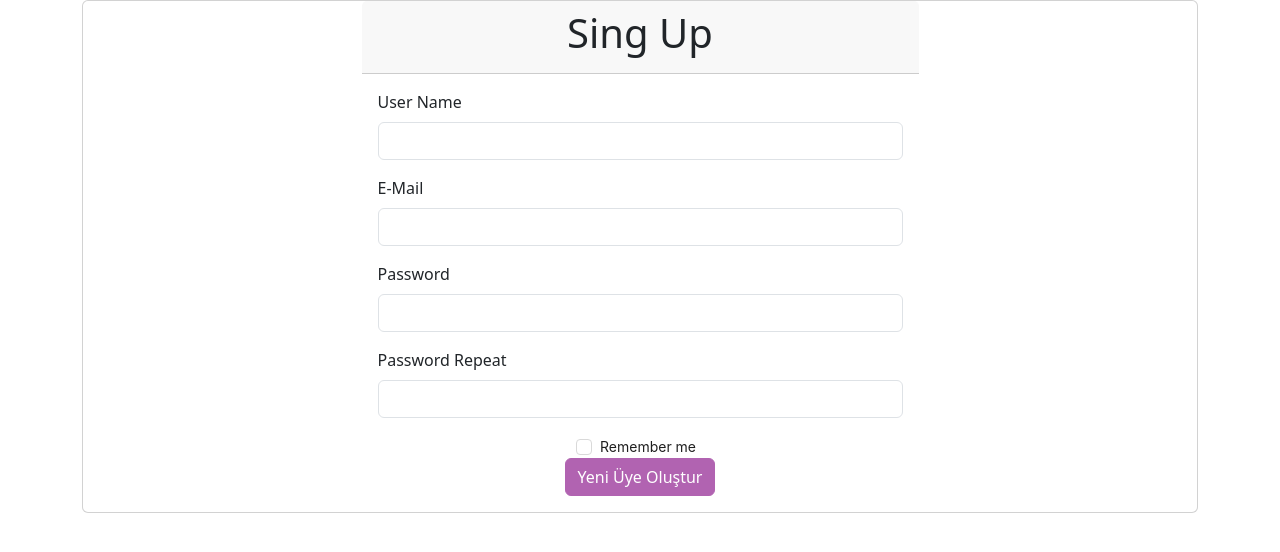
Repository: gursoyfahrettin20/startupProjectWeb
Page: /signup
These files come from the project's save history. The page is drawn as it stood at one moment and after the next save; the edit follows.
The browser window is 1280 px wide. The pictures show the whole page.
The project was rebuilt for these pictures with package versions that can differ from the ones it lists, and the page was loaded fresh each time. Also part of the build but not shown: vite.config.js.

Above is the page before, as saved 2024-01-17 01:07:12.

### index.html
<!doctype html>
<html lang="en">
  <head>
    <meta charset="UTF-8" />
    <link rel="icon" type="image/svg+xml" href="/vite.svg" />
    <meta name="viewport" content="width=device-width, initial-scale=1.0" />
    <title>Başlangıç Projesi</title>
  </head>
  <body>
    <div id="root"></div>
    <script type="module" src="/src/index.jsx"></script>
  </body>
</html>

### src/index.jsx
import * as React from 'react';
import { StrictMode } from 'react';
import { createRoot } from 'react-dom/client';
import SignUp from "./pages/SignUp"
import './index.scss'

const rootElement = document.getElementById('root');
const root = createRoot(rootElement);

root.render(
  <StrictMode>
    <SignUp/>
  </StrictMode>,
)

### src/pages/SignUp/index.jsx
import React, { useState, useEffect } from 'react';
import _ from 'lodash';
import { Checkbox, Spin, notification } from 'antd';
import { LoadingOutlined } from '@ant-design/icons';
import { singUp } from "../../api/apiCalls.js";
import { FormItem } from "../../components/formItem/formItem.jsx";

function index() {
    const [username, setUsername] = useState();
    const [email, setEmail] = useState();
    const [password, setPassword] = useState();
    const [passwordRepeat, setPasswordRepeat] = useState();
    const [succesMessage, setSuccesMessage] = useState();
    const [submittable, setSubmittable] = useState(false);
    const [apiProgress, setApiProgress] = useState(false);
    const [errors, setErrors] = useState({});
    const [generalErrors, setGeneralErrors] = useState({});
    const [api, contextHolder] = notification.useNotification();

    useEffect(() => {
        setErrors({})
    }, [username])

    const onSubmit = async (event) => {
        setSuccesMessage();
        setGeneralErrors();
        setApiProgress(true);
        const data = {
            username: username,
            email: email,
            password: password
        };
        try {
            const response = await singUp(data);
            setSuccesMessage(response.data?.message)
            setUsername();
            setPassword();
            setPasswordRepeat();
            setEmail();
        } catch (responseError) {
            if (responseError.response?.data && responseError.response?.data.status === 400) {
                setErrors(responseError.response?.data.validationErrors)
            }
            else {
                setGeneralErrors("Tahmin Edilemeyen Hatalarda gösterilecektir. / Unexpected error occured. Pleace try again.");
            }
        } finally {
            setApiProgress(false);
        }
    }

    // TODO: Sign Up butonu disabled durumlarına bakıyor.
    useEffect(() => {
        let _submittable = false;
        if (_.isUndefined(password) || _.isNull(password) || _.isEmpty(password)) {
            _submittable = false;
        } else if (password === passwordRepeat) {
            _submittable = true;
        }
        setSubmittable(_submittable);
    });


    return (
        <div className='container'>
            <form className='card' onSubmit={onSubmit}>
                <div className='col-lg-6 offset-lg-3 col-sm-8 offset-sm-2'>
                    <div className='text-center card-header'>
                        <h1>Sing Up</h1>
                    </div>
                    <div className='card-body'>
                        <FormItem
                            name="username"
                            label="User Name"
                            errors={errors}
                            onChange={(e) => setUsername(e.target.value)}
                        />
                        <FormItem
                            name="email"
                            label="E-Mail"
                            errors={errors}
                            onChange={(e) => setEmail(e.target.value)}
                        />
                        <FormItem
                            name="password"
                            label="Password"
                            errors={errors}
                            type="password"
                            onChange={(e) => setPassword(e.target.value)}
                        />
                        <FormItem
                            name="passwordRepeat"
                            label="Password Repeat"
                            errors={errors}
                            type="password"
                            onChange={(e) => setPasswordRepeat(e.target.value)}
                        />
                        <div className='text-center'>
                            <Checkbox>Remember me</Checkbox>
                        </div>
                        <div className='text-center'>
                            <button className='btn btn-primary' disabled={apiProgress ? apiProgress : !submittable}>
                                <Spin style={{ display: apiProgress ? "inline" : "none" }}
                                    indicator={<LoadingOutlined style={{ fontSize: 24, marginRight: 15 }} spin />} />
                                {apiProgress ? "Yeni Üye Oluşturuluyor..." : "Yeni Üye Oluştur"}
                            </button>
                        </div>
                    </div>
                </div>
            </form >
        </div >
    );
}
export default index;

### src/index.scss
$primary: #818;

@import "../node_modules/bootstrap/scss/bootstrap.scss";

### src/api/apiCalls.js
import axios from "axios";

export const changeLanguage = lang => {
    axios.defaults.headers['accept-language'] = lang;
}

export const getBaseUrl = () => {
     return import.meta.env.VITE_REACT_APP_REST_SERVICE_URL;
}

export const saveUser = body => {
    return axios.post(getBaseUrl() + '/users', body);
}

export const singUp = body => {
    return axios.post(getBaseUrl() + '/users', body);
}

export const login = data => {
    return axios.post(getBaseUrl() + '/auth', {}, {auth: data});
}

export const getUsers = (page, size) => {
    return axios.get(getBaseUrl() + `/users?currentPage=${page ? page : 0}&pageSize=${size ? size : 3}`);
}

export const setAuthorizationHeader = ({username, password, isLoggedIn}) => {
    if (isLoggedIn) {
        let authorizationHeaderValue = `Basic ${btoa(username + ':' + password)}`
        axios.defaults.headers['Authorization'] = authorizationHeaderValue;
    } else {
        delete axios.defaults.headers['Authorization'];
    }
}

export const getUser = (userName) => {
    return axios.get(getBaseUrl() + `/users/${userName}`);
}

export const updateUser = (userName, body) => {
    return axios.put(getBaseUrl() + `/users/${userName}`, body);
}

export const postHoax = hoax => {
    return axios.post(getBaseUrl() + "/hoaxes", hoax);
}

export const getHoaxes = (userName, page = 0) => {
    const path = userName ? `/users/${userName}/hoaxes?currentPage=` : "/hoaxes?currentPage="
    return axios.get(getBaseUrl() + path + page);
}

export const getOldHoaxes = (id, userName) => {
    const path = userName ? `/users/${userName}/hoaxes/${id}` : `/hoaxes/${id}`;
    return axios.get(getBaseUrl() + path);
}

### src/components/formItem/formItem.jsx
import React, { useState } from 'react';

export function FormItem({ name, label, onChange, errors, type }) {
    const [msg, setNsg] = useState()

    return (
        <div className='mb-3'>
            <label className='form-label' htmlFor={name}> {label} </label>
            <input id={name} className={errors?.[name] ? 'form-control is-invalid' : 'form-control'} type={type ? type : "text"} onChange={onChange} />
            <div className='invalid-feedback'>errors?.[name]</div>
        </div>
    );
}

export default FormItem;

After the next save:
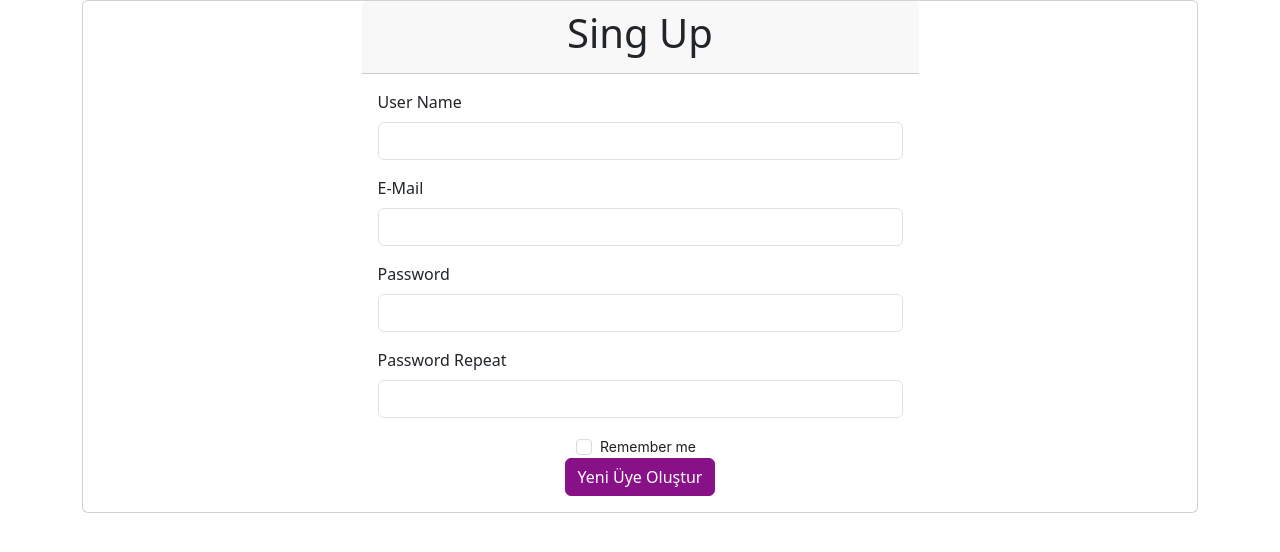
Saved 23 s later.
--- a/src/pages/SignUp/index.jsx
+++ b/src/pages/SignUp/index.jsx
@@ -99,7 +99,7 @@
                             <Checkbox>Remember me</Checkbox>
                         </div>
                         <div className='text-center'>
-                            <button className='btn btn-primary' disabled={apiProgress ? apiProgress : !submittable}>
+                            <button className='btn btn-primary' disabled={apiProgress && apiProgress }>
                                 <Spin style={{ display: apiProgress ? "inline" : "none" }}
                                     indicator={<LoadingOutlined style={{ fontSize: 24, marginRight: 15 }} spin />} />
                                 {apiProgress ? "Yeni Üye Oluşturuluyor..." : "Yeni Üye Oluştur"}

After the 6 saves that followed:
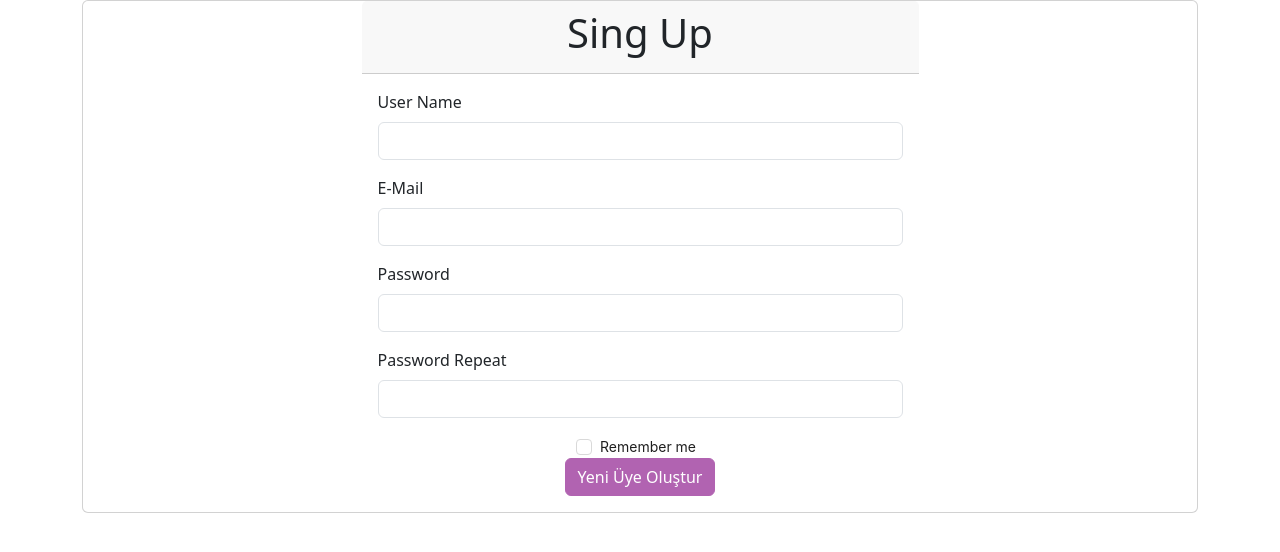
The 6 saves are shown as one change because 5 left the picture as it was.
The last was saved 8 min 33 s later.
--- a/src/pages/SignUp/index.jsx
+++ b/src/pages/SignUp/index.jsx
@@ -15,7 +15,6 @@
     const [apiProgress, setApiProgress] = useState(false);
     const [errors, setErrors] = useState({});
     const [generalErrors, setGeneralErrors] = useState({});
-    const [api, contextHolder] = notification.useNotification();
 
     useEffect(() => {
         setErrors({})
@@ -72,26 +71,26 @@
                         <FormItem
                             name="username"
                             label="User Name"
-                            errors={errors}
+                            errors={errors.username}
                             onChange={(e) => setUsername(e.target.value)}
                         />
                         <FormItem
                             name="email"
                             label="E-Mail"
-                            errors={errors}
+                            errors={errors.email}
                             onChange={(e) => setEmail(e.target.value)}
                         />
                         <FormItem
                             name="password"
                             label="Password"
-                            errors={errors}
+                            errors={errors.password}
                             type="password"
                             onChange={(e) => setPassword(e.target.value)}
                         />
                         <FormItem
                             name="passwordRepeat"
                             label="Password Repeat"
-                            errors={errors}
+                            errors={errors.passwordRepeat}
                             type="password"
                             onChange={(e) => setPasswordRepeat(e.target.value)}
                         />
@@ -99,7 +98,7 @@
                             <Checkbox>Remember me</Checkbox>
                         </div>
                         <div className='text-center'>
-                            <button className='btn btn-primary' disabled={apiProgress && apiProgress }>
+                            <button className='btn btn-primary' disabled={apiProgress ? apiProgress : !submittable}>
                                 <Spin style={{ display: apiProgress ? "inline" : "none" }}
                                     indicator={<LoadingOutlined style={{ fontSize: 24, marginRight: 15 }} spin />} />
                                 {apiProgress ? "Yeni Üye Oluşturuluyor..." : "Yeni Üye Oluştur"}
--- a/src/components/formItem/formItem.jsx
+++ b/src/components/formItem/formItem.jsx
@@ -1,13 +1,12 @@
 import React, { useState } from 'react';
 
 export function FormItem({ name, label, onChange, errors, type }) {
-    const [msg, setNsg] = useState()
 
     return (
         <div className='mb-3'>
             <label className='form-label' htmlFor={name}> {label} </label>
-            <input id={name} className={errors?.[name] ? 'form-control is-invalid' : 'form-control'} type={type ? type : "text"} onChange={onChange} />
-            <div className='invalid-feedback'>errors?.[name]</div>
+            <input id={name} className={errors ? 'form-control is-invalid' : 'form-control'} type={type ? type : "text"} onChange={onChange} />
+            <div className='invalid-feedback'>{errors}</div>
         </div>
     );
 }
